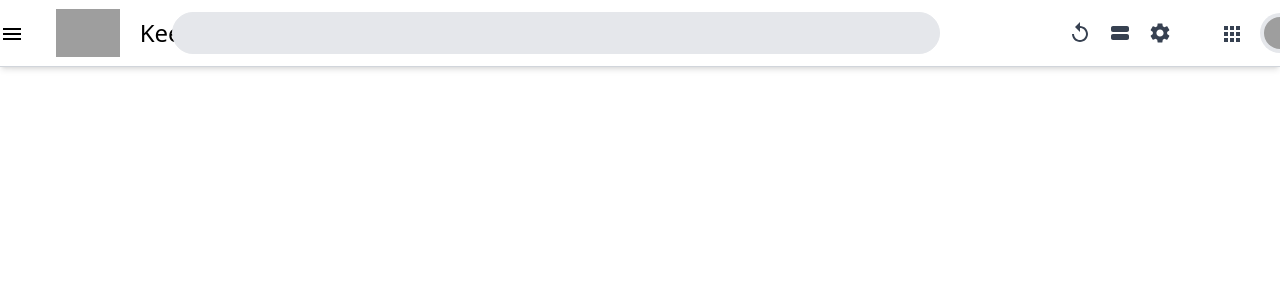
Repository: theanmol-raj/GoogleKeepCloneTutorial
Page: /
An editor plug-in stored every save of this project. The page is shown before and after the next save, followed by the edit.
The browser window is 1280 px wide. The pictures show the whole page.
Pictures or frames that could not be fetched are drawn as grey boxes. The project was rebuilt for these pictures with package versions that can differ from the ones it lists, and the page was loaded fresh each time.

Above is the page before, as saved 2022-08-29 20:46:55.

After the next save:
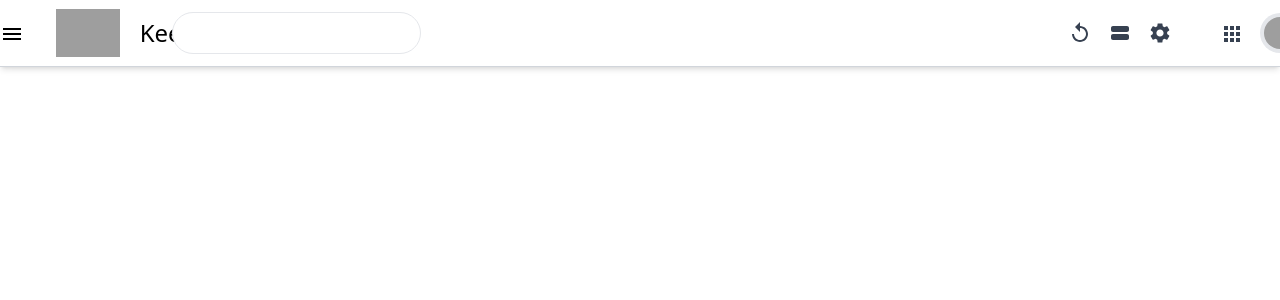
Saved 48 s later.
--- a/src/Components/Navbar.jsx
+++ b/src/Components/Navbar.jsx
@@ -21,7 +21,7 @@
         <h1 className=" capitalize text-2xl text-gray-600/ "> Keep</h1>
       </div>
       <div className="w-full max-w-4xl">
-        <input className=" border rounded-3xl bg-gray-200 p-2 max-w-3xl w-full" />
+        <input className={` ${search ? 'bg-white shadow-md' : 'bg-gray-200' }" border rounded-3xl  p-2 max-w-3xl w-full"`} />
       </div>
       <div className=" flex items-center space-x-10">
         <div className=" flex items-center text-gray-700  text-2xl space-x-4 ">
